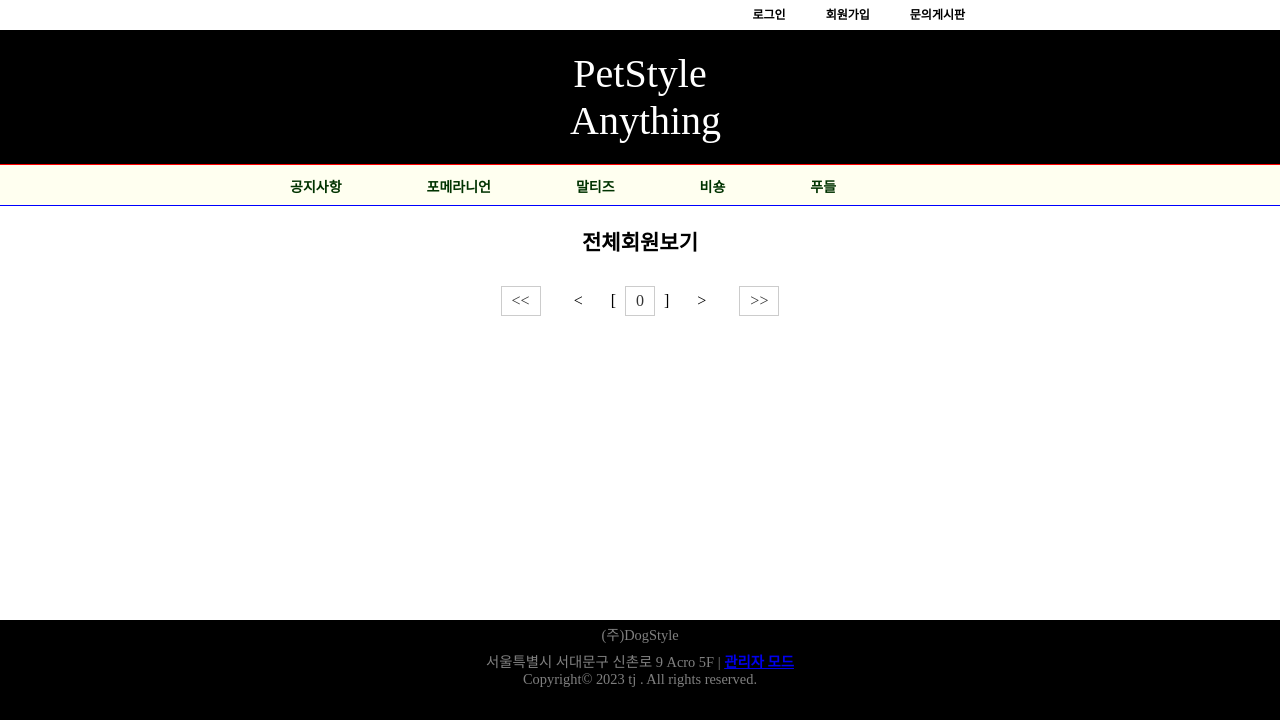
Repository: kdkk2000/Project
Page: http://localhost/petstyle/admin/allUser.jsp
The author's editor kept a copy of each file at every save. The page is drawn from the files as they stood at one save, then again after the next save.
The browser window is 1280 px wide. The pictures show the whole page.
The page is served by Tomcat 9. The template is opened directly, without the code that normally fills it, so the values that code supplies are empty.

Above is the page before, as saved 2023-03-29 07:46:31.

After the next save:
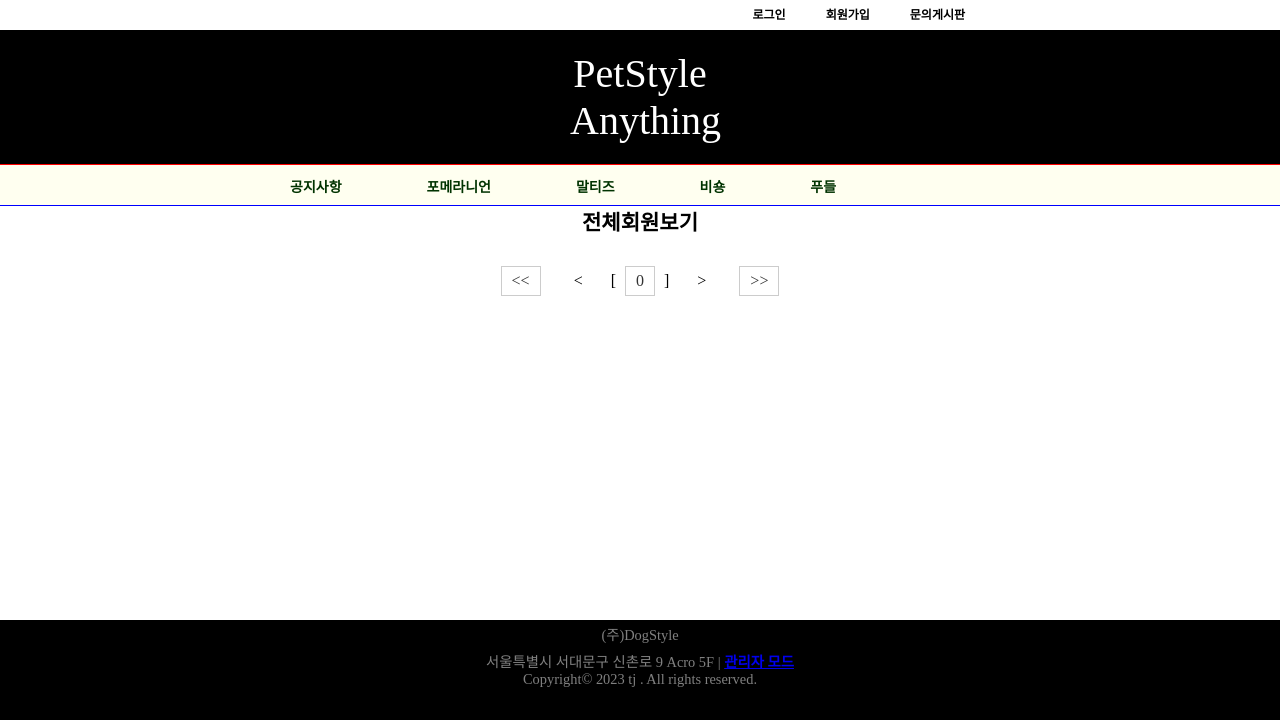
Saved 8 s later.
--- a/petstyle/WebContent/css/allUser.css
+++ b/petstyle/WebContent/css/allUser.css
@@ -3,7 +3,7 @@
 table {
 	width: 100%;
   	border-collapse: collapse;
-  	margin: 20px 0;
+  	margin: 0 auto;
   	font-size: 14px;
   	text-align: center;
 }
